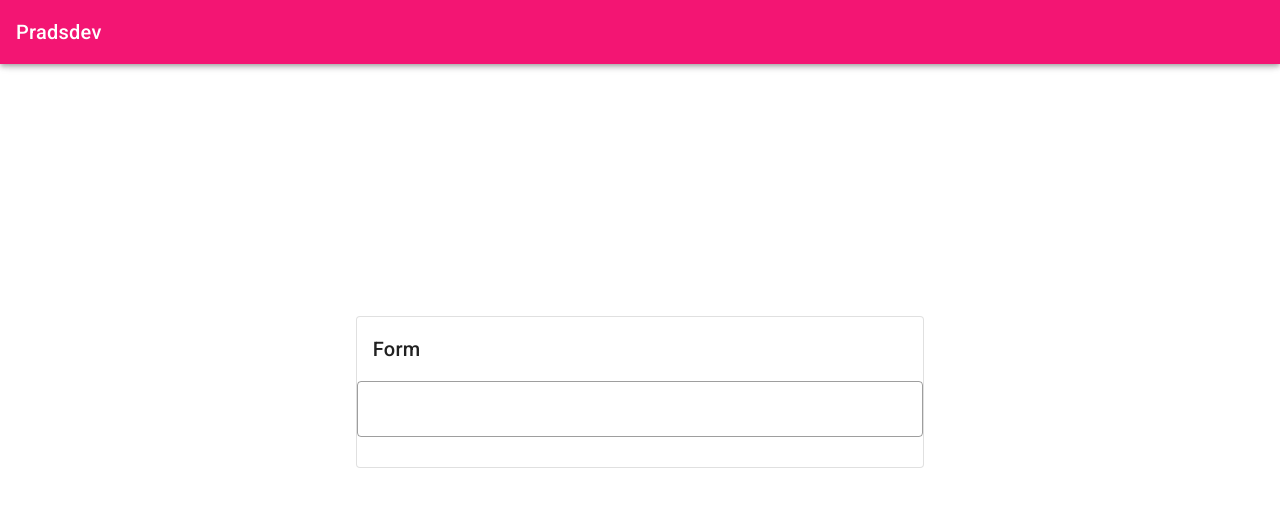
Repository: pradsdev/vue-form-validate
Page: /
The author's editor kept a copy of each file at every save. The page is drawn from the files as they stood at one save, then again after a run of saves.
The browser window is 1280 px wide. The pictures show the whole page.
The project was rebuilt for these pictures with package versions that can differ from the ones it lists, and the page was loaded fresh each time. Also part of the build but not shown: vue.config.js.

Above is the page before, as saved 2020-12-21 22:50:40.

### src/App.vue
<template>
  <v-app>
    <v-app-bar
      app
      color="primary"
      dark
    >
      <div class="d-flex align-center">
        <div class="title">
          Pradsdev
        </div>
      </div>
    </v-app-bar>

    <v-main>
      <HelloWorld/>
    </v-main>
  </v-app>
</template>

<script>
import HelloWorld from './components/HelloWorld'

export default {
  name: 'App',

  components: {
    HelloWorld
  },

  data: () => ({
    //
  })
}
</script>

### src/plugins/vuetify.js
import Vue from 'vue'
import Vuetify from 'vuetify/lib/framework'

Vue.use(Vuetify)

export default new Vuetify({
  theme: {
    options: {
      customProperties: true
    },
    themes: {
      light: {
        primary: '#f31573',
        secondary: '#424242',
        accent: '#82B1FF',
        error: '#FF5252',
        info: '#2196F3',
        success: '#4CAF50',
        warning: '#FFC107'
      }
    }
  }
})

### src/components/HelloWorld.vue
<template>
  <v-container fill-height>
    <v-row class="text-center justify-center">
      <v-col cols="6">
        <v-card outlined>
          <v-card-title>
            Form
          </v-card-title>
          <v-card-content>
            <v-form>
              <v-text-field outlined/>
            </v-form>
          </v-card-content>
        </v-card>
      </v-col>
    </v-row>
  </v-container>
</template>

<script>
export default {
  name: 'HelloWorld',

  data: () => ({
  })
}
</script>

Loaded but not shown: public/index.html (common file); src/main.js (common file)

After the next 2 saves:
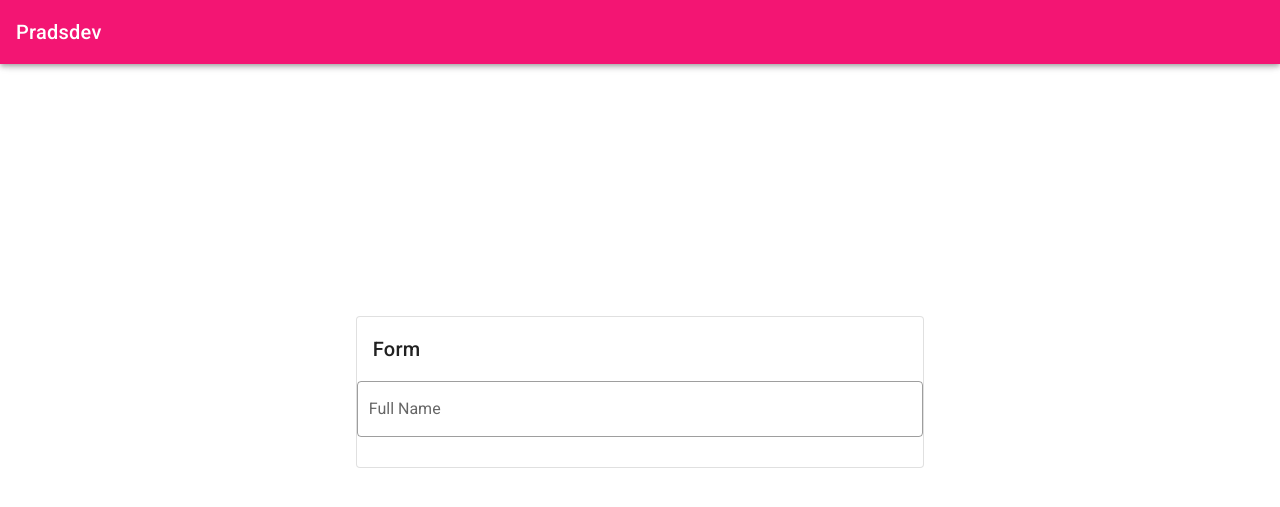
The 2 saves are shown as one change because they came seconds apart.
The last was saved 12 s later.
--- a/src/components/HelloWorld.vue
+++ b/src/components/HelloWorld.vue
@@ -8,7 +8,7 @@
           </v-card-title>
           <v-card-content>
             <v-form>
-              <v-text-field outlined/>
+              <v-text-field outlined label="Full Name"/>
             </v-form>
           </v-card-content>
         </v-card>
